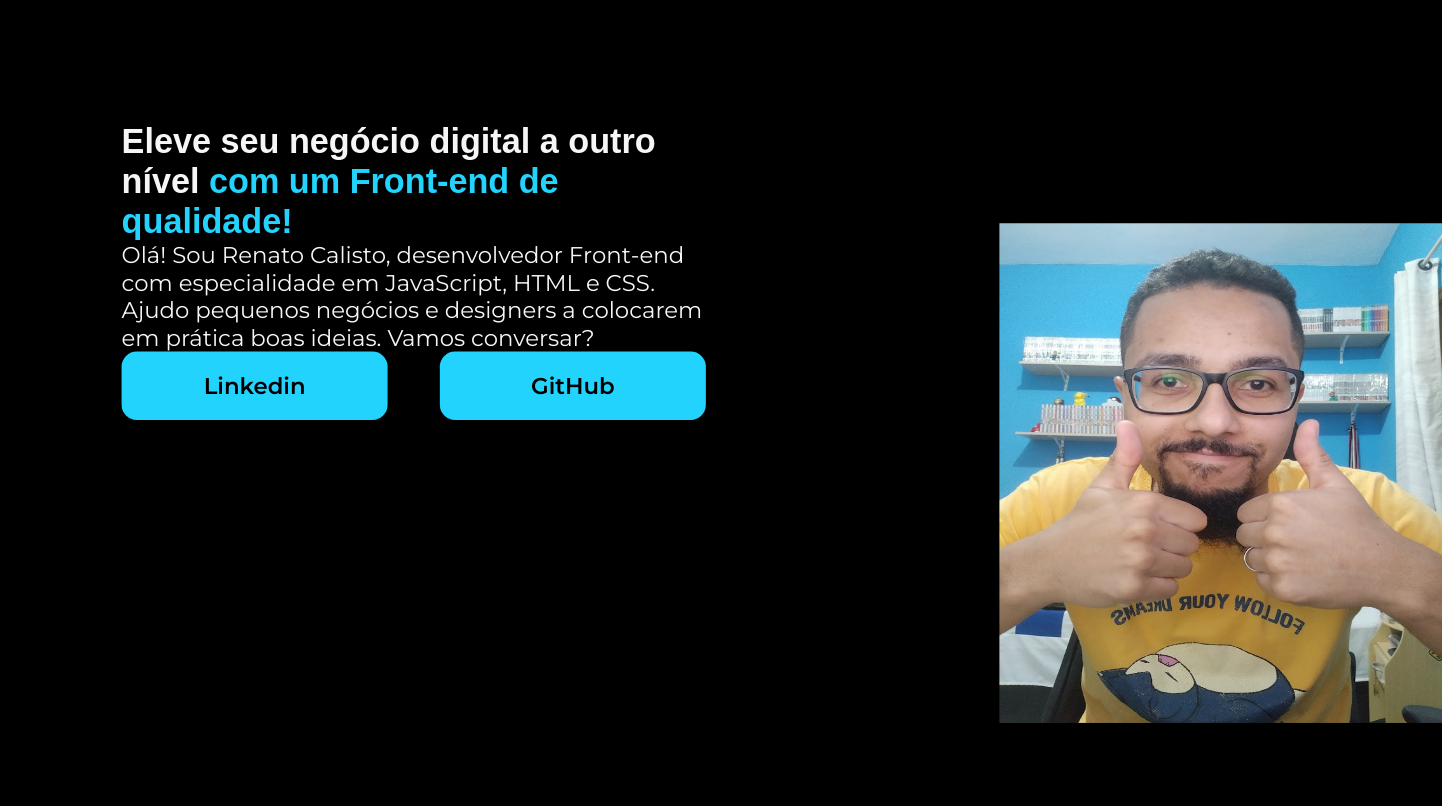
Repository: RenatoCCS/Portfolio_Alura
Page: index.html
An editor plug-in stored every save of this project. The page is shown before and after the next save, followed by the edit.
The browser window is 1280 px wide. The page is 1518 px wide, then 1500 px, so the pictures cover 1518 px, including what lies to the right of the window. The pictures show the whole page, at 95% of full size.
Some web fonts or font styles are not loaded; a fallback is used.

Above is the page before, as saved 2023-02-27 15:35:11.

### index.html
<!DOCTYPE html>
<html lang="pt-br">
  <head>
    <meta charset="UTF-8" />
    <meta http-equiv="X-UA-Compatible" content="IE=edge" />
    <meta name="viewport" content="width=device-width, initial-scale=1.0" />
    <title>Portfolio</title>
    <link rel="stylesheet" href="style.css" />
  </head>
  <body>
    <header></header>
    <main class="apresentacao">
      <section class="apresentacao__conteudo">
        <h1 class="apresentacao__conteudo__titulo">
          Eleve seu negócio digital a outro nível
          <strong class="titulo-destaque">
            com um Front-end de qualidade!
          </strong>
        </h1>
        <p class="apresentacao__conteudo__texto">
          Olá! Sou Renato Calisto, desenvolvedor Front-end com especialidade em
          JavaScript, HTML e CSS. Ajudo pequenos negócios e designers a
          colocarem em prática boas ideias. Vamos conversar?
        </p>
        <div class="apresentacao__links">
          <a
            class="apresentacao__links__link"
            href="https://www.linkedin.com/in/renatocalisto/"
            >Linkedin</a
          >
          <a
            class="apresentacao__links__link"
            href="https://github.com/RenatoCCS"
            >GitHub</a
          >
        </div>
      </section>
      <img
        class="apresentacao__foto"
        src="renato.jpg"
        alt="Renato fazendo sinal de positivo com ambas as mãos"
      />
    </main>
    <footer></footer>
  </body>
</html>

### style.css
@import url('https://fonts.googleapis.com/css2?family=Krona+One&family=Montserrat:wght@400;600&display=swap');

* {
  margin: 0;
  padding: 0;
}

body {
  height: 100vh;
  box-sizing: border-box;
  background-color: #000000;
  color: #f6f6f6;
}

.titulo-destaque {
  color: #22d4fd;
}

.apresentacao {
  margin: 10%;
  display: flex;
  align-items: center;
  justify-content: space-between;
}

.apresentacao__conteudo {
  width: 615px;
}

.apresentacao__conteudo__titulo {
  font-size: 36px;
  font-family: 'Krona One', sans-serif;
}

.apresentacao__conteudo__texto {
  font-size: 24px;
  font-family: 'Montserrat', sans-serif;
}

.apresentacao__links {
  display: flex;
  justify-content: space-between;
}

.apresentacao__links__link {
  background-color: #22d4fd;
  width: 280px;
  text-align: center;
  border-radius: 16px;
  font-size: 24px;
  font-weight: 600;
  padding: 21.5px 0;
  text-decoration: none;
  color: #000000;
  font-family: 'Montserrat', sans-serif;
}

.apresentacao__foto {
  position: absolute;
  width: 466px;
  height: 526px;
  left: 1052px;
  top: 235px;
}

After the next save:
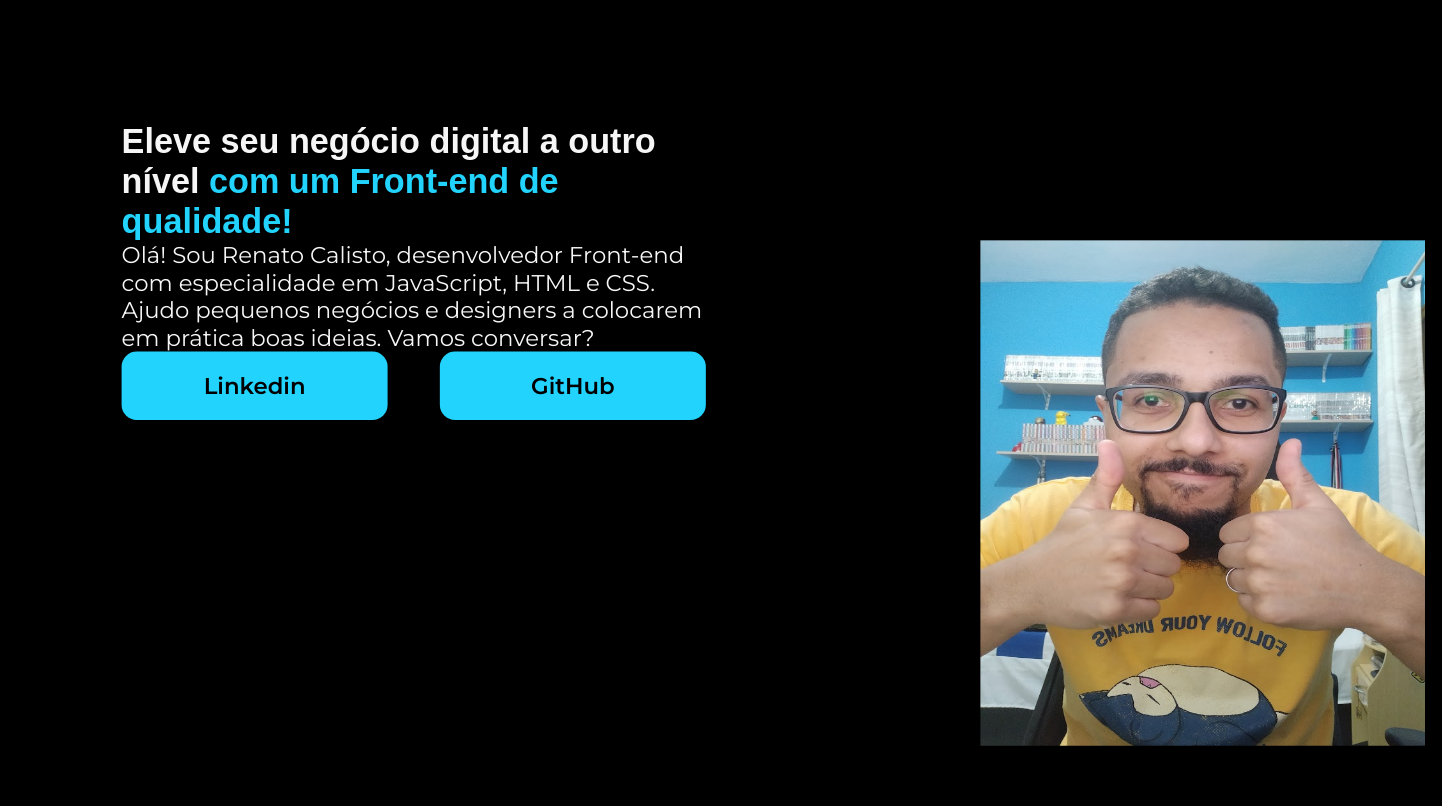
Saved 16 s later.
--- a/style.css
+++ b/style.css
@@ -57,8 +57,8 @@ body {
 
 .apresentacao__foto {
   position: absolute;
-  width: 466px;
-  height: 526px;
-  left: 1052px;
-  top: 235px;
+  width: 467.71px;
+  height: 532px;
+  left: 1032px;
+  top: 253px;
 }
